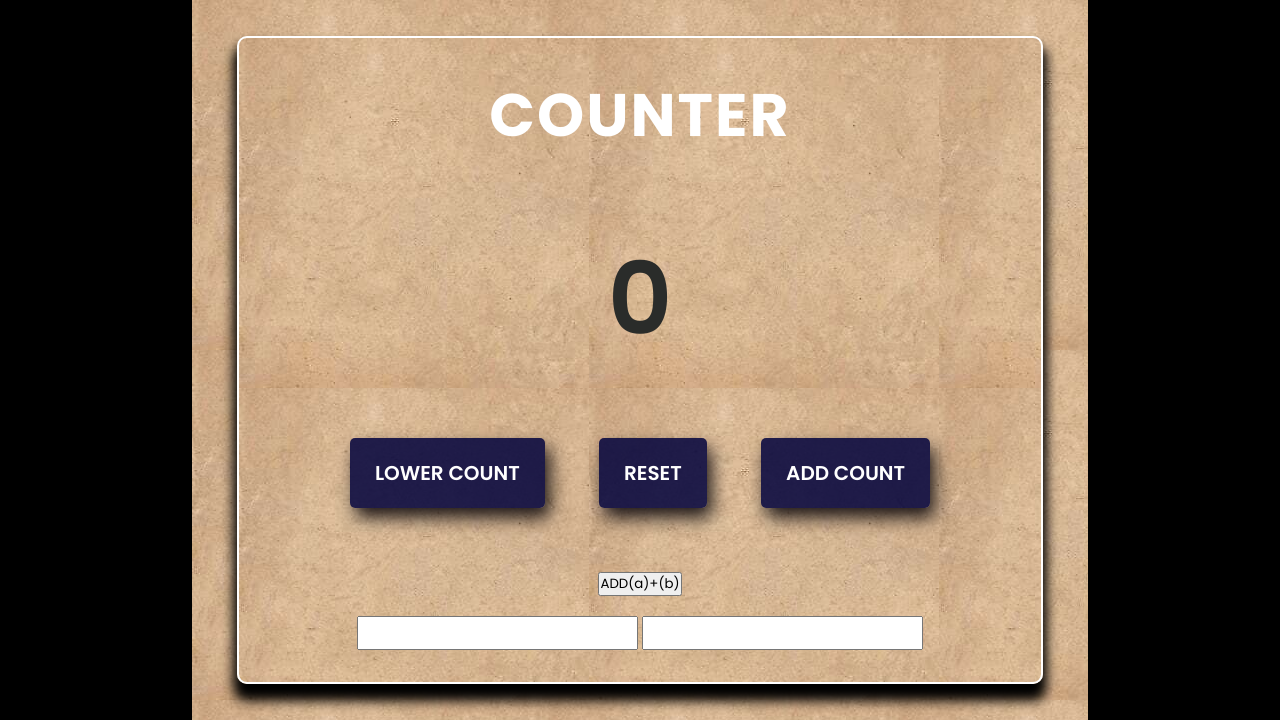
Repository: ArusyakAghajanyan/Counter
Page: index.html
The author's editor kept a copy of each file at every save. The page is drawn from the files as they stood at one save, then again after a run of saves.
The browser window is 1280 px wide. The pictures show the whole page.

Above is the page before, as saved 2022-02-15 00:55:24.

### index.html
<!DOCTYPE html>
<html lang="en">
  <head>
    <meta charset="UTF-8" />
    <meta http-equiv="X-UA-Compatible" content="IE=edge" />
    <meta name="viewport" content="width=device-width, initial-scale=1.0" />
    <link rel="stylesheet" href="./style.css" />
    <title>Counter</title>
  </head>
  <body>
    <div class="body">
        <div class="parent">
            <div class="main">
                <div class="countText">
                    <h1>COUNTER</h1>
                </div>
                <div class="number">
                    <p id="num">0</p>
                </div>
                <div class="options">
                    <button class="leftButton">LOWER COUNT</button>
                    <button class="centerButton">RESET</button>
                    <button class="rightButton">ADD COUNT</button>
                </div>
                <div class="addABParent">
                    <button class="addAB">ADD(a)+(b)</button>
                    <input type="number" id="inputNum1"><span class="plyus"></span>
                    <input type="number" id="inputNum2"><span class="equals"></span>
                    <span id="valueOfSum"></span>
                </div>
            </div>
        </div>
    </div>
    <script src="./script.js"></script>
  </body>
</html>

### style.css
@import url('https://fonts.googleapis.com/css2?family=Poppins:wght@200;300;400;500;600;700&display=swap');
* {
    margin: 0;
    padding: 0;
    box-sizing: border-box;
    font-family: 'Poppins', sans-serif;
}

.body {
    background-color: black;
    position: absolute;
    width: 100%;
    height: 100%;
    display: flex;
    align-items: center;
    justify-content: center;
}

.parent {
    background-image: url(./image/Caesar-Materica-Ocra-Grip-225x453-cm-AFU6-Casa39.jpg);
    position: relative;
    width: 70%;
    height: 100%;
    display: flex;
    align-items: center;
    justify-content: center;
}

.main {
    background-image: url(./image/Caesar-Materica-Ocra-Grip-225x453-cm-AFU6-Casa39.jpg);
    position: relative;
    width: 90%;
    height: 90%;
    display: flex;
    align-items: center;
    justify-content: center;
    flex-direction: column;
    border: 2px solid white;
    border-radius: 10px;
    box-shadow: 0px 13px 12px 4px;
    display: flex;
    flex-direction: column;
    justify-content: space-around;
}

.countText {
    display: flex;
    align-items: center;
    justify-content: center;
    letter-spacing: 2px;
    color: white;
    font-size: 30px;
}

.number {
    font-size: 100px;
    font-weight: 600;
    color: rgb(42, 44, 42);
}

.options button {
    background-color: rgba(7, 7, 63, 0.884);
    border-radius: 5px;
    color: white;
    font-size: 20px;
    font-weight: 600;
    cursor: pointer;
    border: none;
    padding: 20px 25px 20px 25px;
    box-shadow: 5px 10px 18px #1D1717;
}

.options button:hover,
.btn button:hover {
    transform: scale(0.96);
}

.options button.leftButton {
    margin-right: 50px;
}

.options button.rightButton {
    margin-left: 50px;
}

.addABParent {
    text-align: -webkit-center;
}

.addAB {
    display: flex;
    margin-bottom: 20px;
}

input {
    padding: 5px 10px;
}

### script.js
const leftButton = document.querySelector(".leftButton");
const centerButton = document.querySelector(".centerButton");
const rightButton = document.querySelector(".rightButton");
const num = document.getElementById("num");
const addAB = document.querySelector(".addAB");
const valueOfSum = document.getElementById("valueOfSum");
const inputNum1 = document.getElementById("inputNum1");
const inputNum2 = document.getElementById("inputNum2");
const plyus = document.querySelector(".plyus")
const equals = document.querySelector(".equals")

let i = 0;
leftButton.addEventListener("click", function minus() {
    i--;
    num.innerHTML = i;
});

rightButton.addEventListener("click", function pulus() {
    i++;
    num.innerHTML = i;
});

centerButton.addEventListener("click", function reset() {
    i = 0;
    num.innerHTML = i;
});

function add(a) {
    return function name(b) {
        return a + b;
    }
}

addAB.addEventListener("click", function() {
    plyus.innerText = "+"
    equals.innerText = "="
    let inputNum1Value = Number(inputNum1.value);
    let inputNum2Value = Number(inputNum2.value);
    valueOfSum.innerText = add(inputNum1Value)(inputNum2Value)
});

After the next 2 saves:
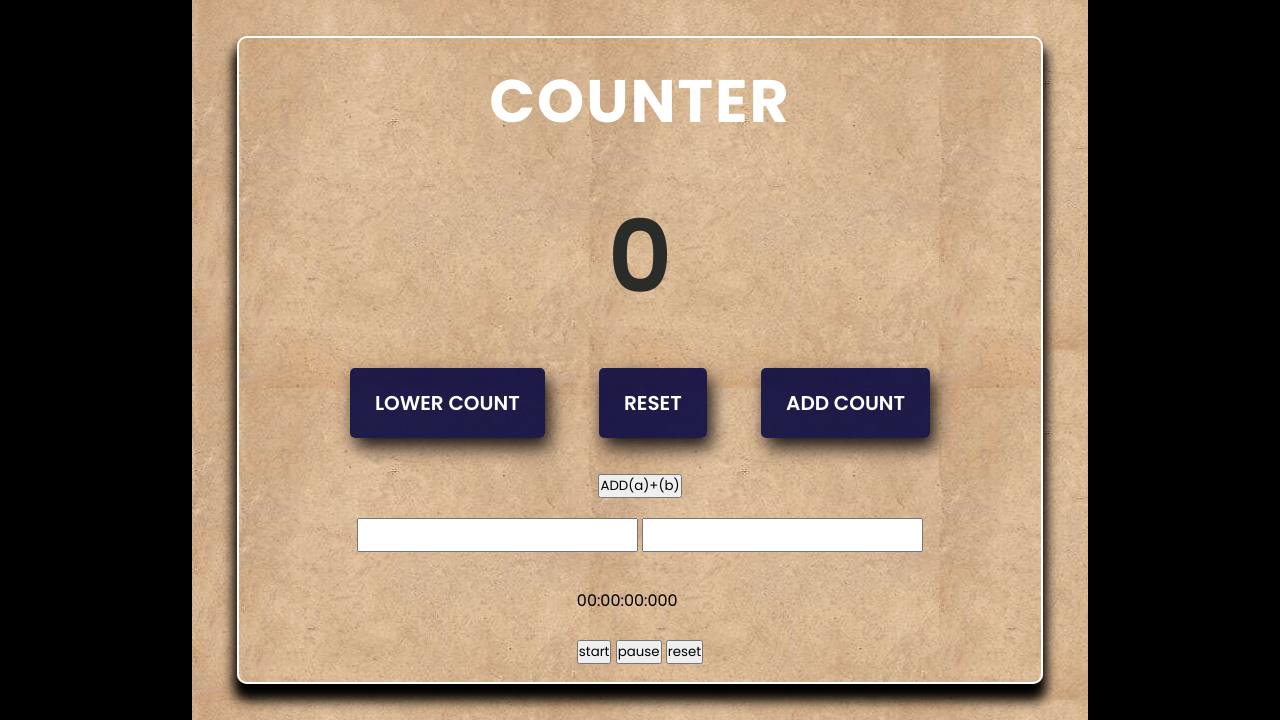
The 2 saves are shown as one change because they came seconds apart.
The last was saved 23 min 3 s later.
--- a/index.html
+++ b/index.html
@@ -28,6 +28,18 @@
                     <input type="number" id="inputNum2"><span class="equals"></span>
                     <span id="valueOfSum"></span>
                 </div>
+                <form name="form_main">
+                    <div>
+                      <span id="hour">00</span>:<span id="minute">00</span>:<span id="second">00</span>:<span id="millisecond">000</span>
+                    </div>
+
+                    <br />
+
+                    <button type="button" name="start">start</button>
+                    <button type="button" name="pause">pause</button>
+                    <button type="button" name="reset">reset</button>
+                  </form>
+
             </div>
         </div>
     </div>
